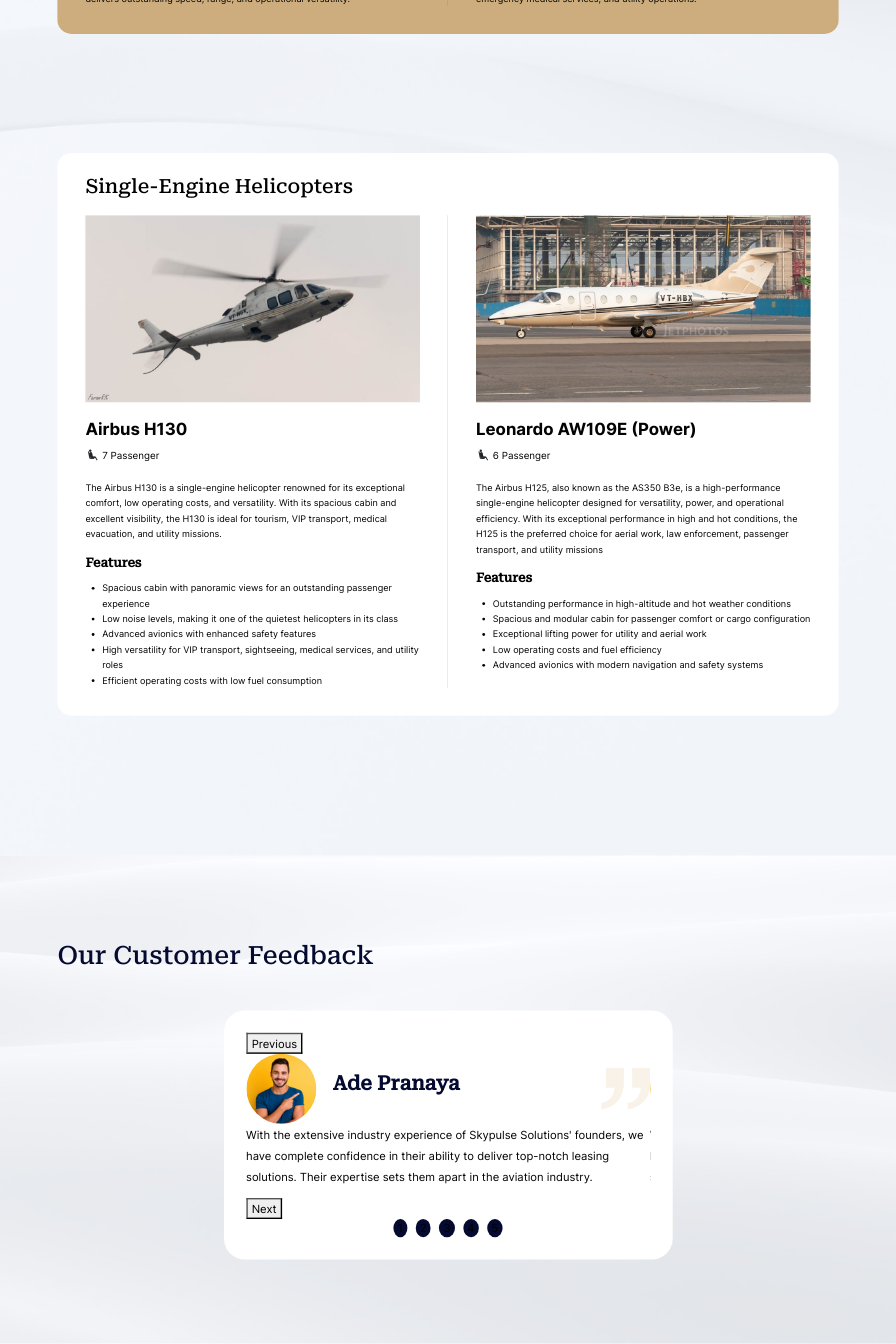
Repository: mangalravi/SkyPulse
Page: index.html
The author's editor kept a copy of each file at every save. The page is drawn from the files as they stood at one save, then again after the next save.
The browser window is 1280 px wide. The pictures show the part of the page from y = 3998 to 5918 px (the page is 5918 px tall), at 70% of full size.

Above is the page before, as saved 2024-12-30 13:12:35.

After the next save:
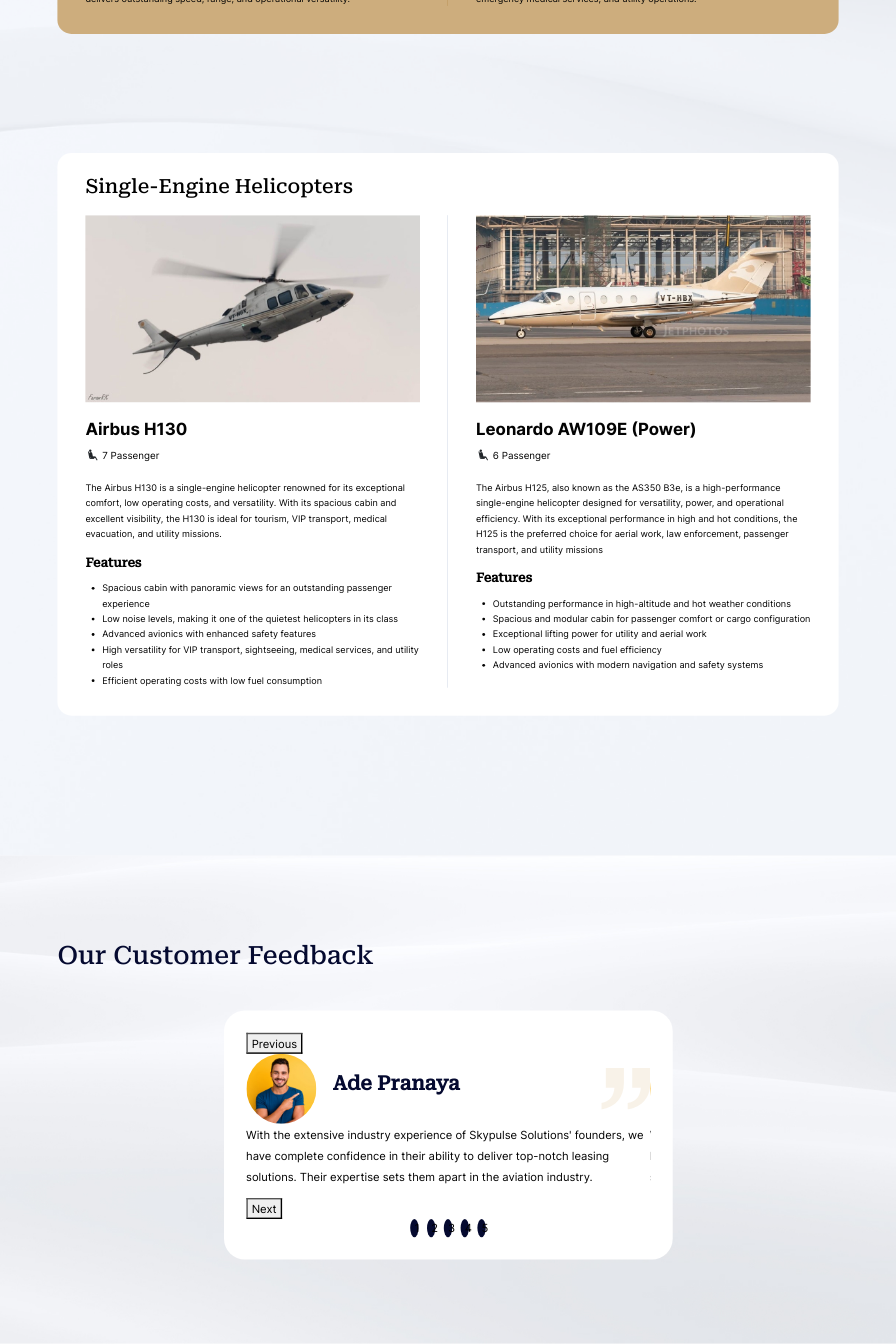
Saved 7 s later.
--- a/content/css/custom.css
+++ b/content/css/custom.css
@@ -263,5 +263,6 @@
   border:0;
   background:var(--bs-primary-color);
   border-radius:50%;
-
-}
+  width:0.5rem;
+  width:0.5rem;
+}
